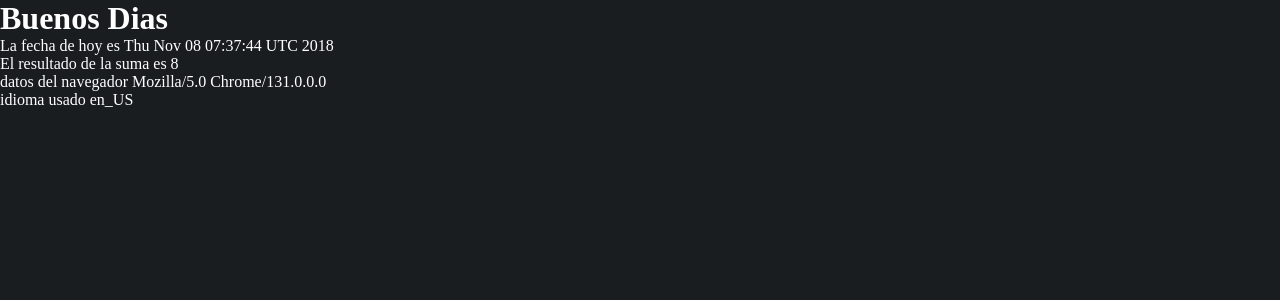
Repository: rengifolu/Blog
Page: http://localhost/PrimerosPasosJSP/saludo.jsp
These files come from the project's save history. The page is drawn as it stood at one moment and after the next save; the edit follows.
The browser window is 1280 px wide. The pictures show the whole page.
The page is served by Tomcat 9.

Above is the page before, as saved 2018-11-09 09:24:50.

### PrimerosPasosJSP/WebContent/saludo.jsp
<%@page import="diego.com.calculos.*"%>
<%@page import="java.util.Date"%>
<html>

<head>
   <link href="style.css" rel="stylesheet" >
</head>

<body style="background:#191D1F ; color:white">
  <h1>
      Buenos Dias
  </h1>

      La fecha de hoy es  <%= new Date() %>


      <br>

      El resultado de la suma es <%= Calculos.suma(5,3)%>

      <br>
      datos del navegador <%= request.getHeader("User-Agent") %>
      <br>
      idioma usado <%= request.getLocale() %>

</body>
</html>

### PrimerosPasosJSP/src/diego/com/calculos/Calculos.java
package diego.com.calculos;

public class Calculos {

    private static int resultado;
    public static int suma(int i, int j){
 	  resultado = i+j;
 	  return resultado;
   }

}

### PrimerosPasosJSP/WebContent/style.css
@charset "ISO-8859-1";

*{
	margin: 0;
	padding: 0;
}

body{
	background-color: #FFCCDD;
}

After the next save:
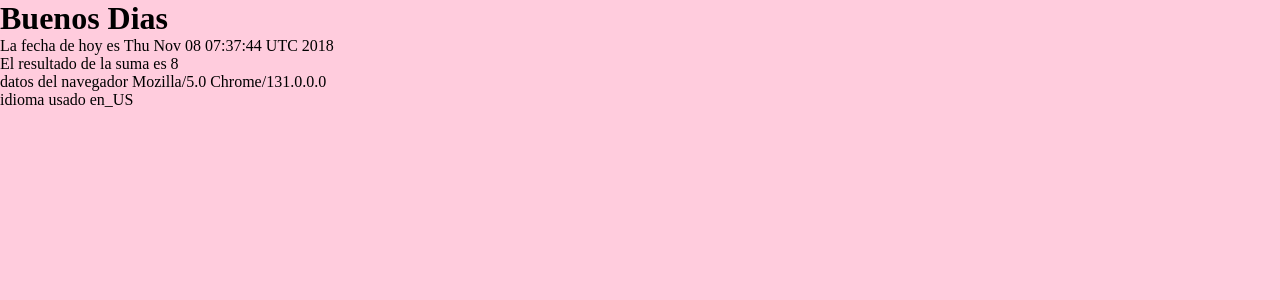
Saved 44 s later.
--- a/PrimerosPasosJSP/WebContent/saludo.jsp
+++ b/PrimerosPasosJSP/WebContent/saludo.jsp
@@ -6,7 +6,7 @@
    <link href="style.css" rel="stylesheet" >
 </head>
 
-<body style="background:#191D1F ; color:white">
+<body>
   <h1>
       Buenos Dias
   </h1>
